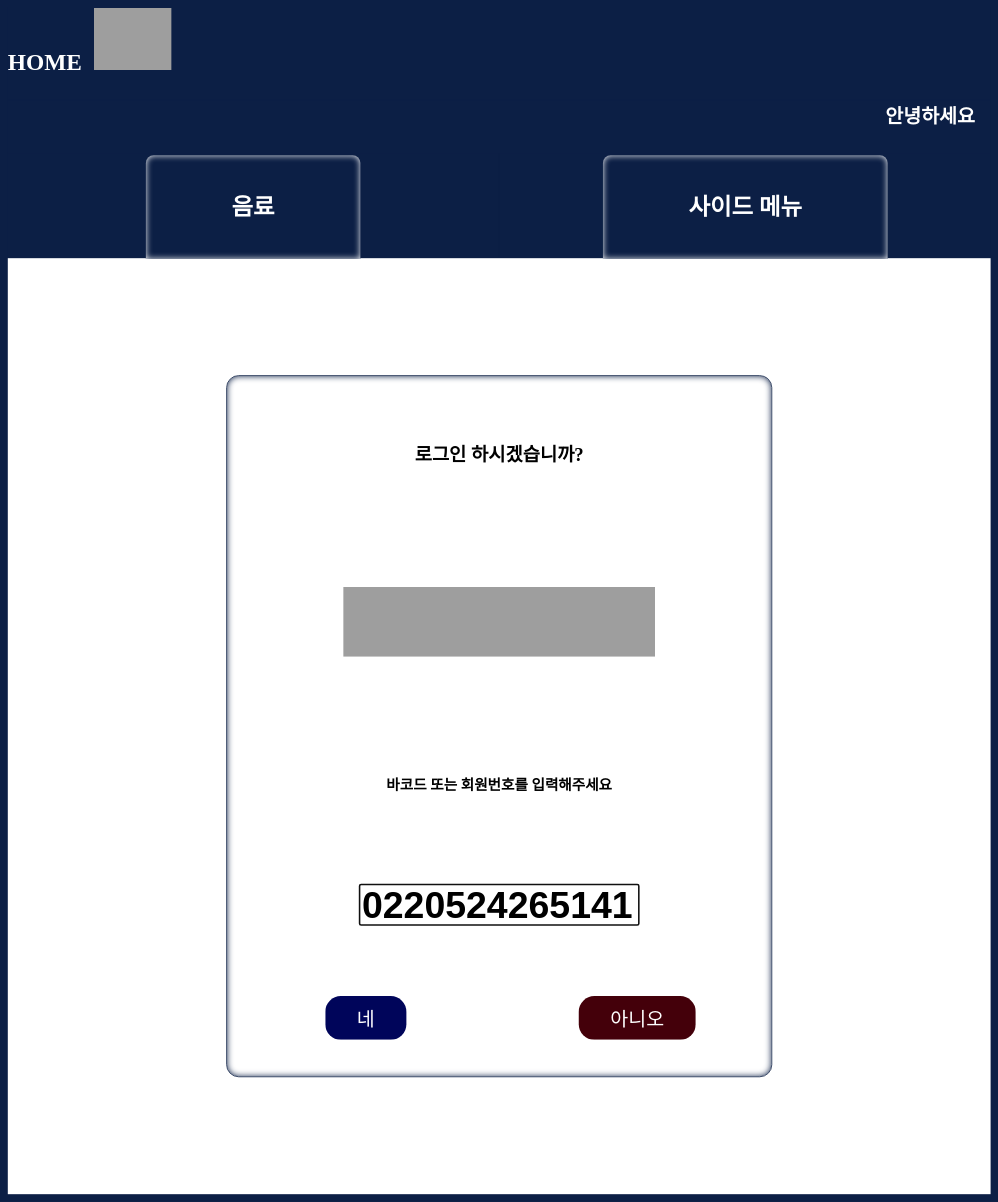
Repository: DevJoeYC/Metabukcs
Page: http://localhost/metabucks/KIOSK/login.jsp
An editor plug-in stored every save of this project. The page is shown before and after the next save, followed by the edit.
The browser window is 1280 px wide. The pictures show the whole page, at 78% of full size.
Pictures or frames that could not be fetched are drawn as grey boxes. The page is served by Tomcat 9. Other server files are loaded and not shown.

Above is the page before, as saved 2022-05-27 05:43:33.

### metabucks/WebContent/KIOSK/login.jsp
<%@ page language="java" contentType="text/html; charset=UTF-8"
    pageEncoding="UTF-8"%>
<%@ include file="includes/head.jsp" %>
<script>
	window.onload = function()
	{
		$("#usernum").focus();
	}

	function DoLogin()
	{
		if($("#usernum").val() == "" || $("#usernum").val() == null)

		{
			alert("회원번호를 입력하세요.");
			$("#usernum").focus();
			return;
		}

		//로그인 처리
		$.ajax({
			type : "post",
			url: "loginok.jsp",
			dataType: "html",
			data:
			{
				usernum: $("#usernum").val()
		    },
			success : function(data)
			{
				data = data.trim();
				if(data == "OK")
				{
					document.location = "drinkmenu.jsp";
				}else
				{
					alert("회원번호가 일치하지 않습니다.");
				}
			}
		});
	}
</script>
<!-- ==================================================================================================================== -->
<tr>
	<td style="background-color:white;padding:150px 0px 150px 0px" colspan=3>
		<form name="login" method="post" action="loginok.jsp" onsubmit="javascript:return false;">
		<table id="login" border="0" height="900" width="700" style="margin : auto; text-align:center">
			<tr>
				<td colspan="2"><h2>로그인 하시겠습니까?</h2></td>
			</tr>
			<tr>
				<td colspan="2"><img src="images/barcode.png" width="400" height="90"></td>
			</tr>
			<tr>
				<td colspan=2><h3>바코드 또는 회원번호를 입력해주세요</h3></td>
			</tr>

			<tr>
				<td colspan=2><input type="text"
									 id="usernum"
									 name="usernum"
									 style="width: 22rem; height:3rem;font-size:3rem;font-weight:bold"
									 value="0220524265141">
				</td>
			</tr>

			<tr>
				<td width="350px"><a id="yes" href="javascript:DoLogin();">네</a></td>
				<td><span><a id="no" href="drinkmenu.jsp">아니오</a></span></td>
			</tr>
		</table>
		</form>
	</td>
<!-- ==================================================================================================================== -->
<%@ include file="includes/tail.jsp" %>

### metabucks/WebContent/KIOSK/includes/head.jsp
<%@ page language="java" contentType="text/html; charset=UTF-8"
    pageEncoding="UTF-8"%>
<%@ page import="meta.dto.*" %>
<%@ page import="meta.vo.*" %>
<!DOCTYPE html>

<%
	//session.setMaxInactiveInterval(60*1); //1분후 세션만료(아무 움직임 없을시)
	String id = "";
	accountVO user  = (accountVO) session.getAttribute("accountVO");
	if(user != null)
	{
		id = user.id();
	}
%>
<html>
	<head>

		<title>메타벅스</title>
		<link rel="stylesheet" href="css/kiosk.css"/>
		<script src="js/jquery-3.6.0.js"></script>
	</head>
	<style>

    	</style>
	<body>
		<table border=0  style="width:100%;">
			<tr>
				<td id="bar" colspan="2" style="text-align:left;padding:0px 0px 30px 0px"><a style="color: white;text-decoration:none;" href="index.jsp">HOME &nbsp;<img src="images/CoffeeLogo.png" height="80px" width="100px"></a></td>
			</tr>
			<tr>
				<td id="bar" colspan="2" style="text-align:right; width:100px; height:30px; font-size:25px; padding:0px 20px 30px 0px">
					<%
						if(id == null || id.equals(""))
						{
							%>
								안녕하세요
							<%
						}else
						{
							%>
							( <%= user.name() %> )님 환영합니다 &nbsp;&nbsp;&nbsp;<a id="mypagebtn" href="mypage.jsp">마이페이지</a></td>
							<%
						}
					%>
				</td>
			</tr>
			<tr>
				<td id="bar"  height="130px" width="100px" style="text-align:center"><a id="menu" style="color: white" href="drinkmenu.jsp">음료</a></td>
				<td id="bar" width="130px" style="text-align:center"><a id="menu" style="color: white" href="sidemenu.jsp">사이드 메뉴</a></td>
			</tr>

### metabucks/WebContent/KIOSK/includes/tail.jsp
<%@ page language="java" contentType="text/html; charset=UTF-8"
    pageEncoding="UTF-8"%>
</tr>
		</table>
	</body>
	</html>

### metabucks/WebContent/KIOSK/css/kiosk.css
@charset "UTF-8";

	#indexbar
	{
		font-size:30px
	}
	#abtn
	{
		text-decoration: none;
		background-color: #0C1F45;
		border:dotted;
		color: maroon;
		padding:80px 300px 80px 300px ;
		text-align: center;
		display: inline-block;
		border-radius: 20px 20px 20px 20px;
	}
	#abtn:hover, #abtn:active
	{
		background-color: #471214;
	}

	body
	{
		background-color:#0C1F45;
	}

	#login
	{
		background-color:white;
		border:1px solid #0C1F45;
		border-radius:16px;
		box-shadow:inset 0 0 8px #0C1F45;
	}
	#bar
	{
		background-color:#0C1F45;
		color:white;
		font-size:30px;
		font-weight:bold;
	}
	#menu
	{
		background-color: #0C1F45;
		text-decoration: none;
		padding: 50px 110px;
		border-radius: 10px 10px 0px 0px;
		box-shadow:inset 0 0 8px white;
		font-weight:bold;
	}
	#menu:hover
	{
		background-color: #471214;
	}
	#yes
	{
		text-decoration: none;
		background-color: #00055A;
		color: white;
		padding: 10px 40px;
		text-align: center;
		display: inline-block;
		border-radius: 20px 20px 20px 20px;
		font-size:25px;
	}
	#no
	{
		text-decoration: none;
		background-color: #44000A;
		color: white;
		padding: 10px 40px;
		text-align: center;
		display: inline-block;
		border-radius: 20px 20px 20px 20px;
		font-size:25px;
	}

	#optbtn
	{
		background-Color:#0C1F45;
		font:12px;
		font-weight:bold;
		color:white;
		border-radius: 10px 10px 10px 10px;
		font-size:20px;
	}
	#optbtn:hover
	{
		background-Color:#085820;
	}
	#optbtn:visited
	{
		background-Color:#085820;
	}
	#mypagebtn
	{
		text-decoration: none;
		background-color: white;
		color:black;
		padding: 10px 20px;
		display: inline-block;
		border-radius: 20px 20px 20px 20px;
		font-weight:bold;
		font-size:15px
	}

	#orderbtn
	{
		text-decoration: none;
		background-color: white;
		color: black;
		padding: 30px 190px;
		display: inline-block;
		border-radius: 10px 10px 10px 10px;;
		font-weight:bold;
		font-size:30px
	}
	#cancelbtn
	{
		text-decoration: none;
		background-color: #660010;
		color: white;
		padding: 60px 100px;
		display: inline-block;
		border-radius: 10px 10px 10px 10px;;
		font-weight:bold;
		font-size:30px;
	}

Loaded but not shown: metabucks/WebContent/KIOSK/js/jquery-3.6.0.js (library)

After the next save:
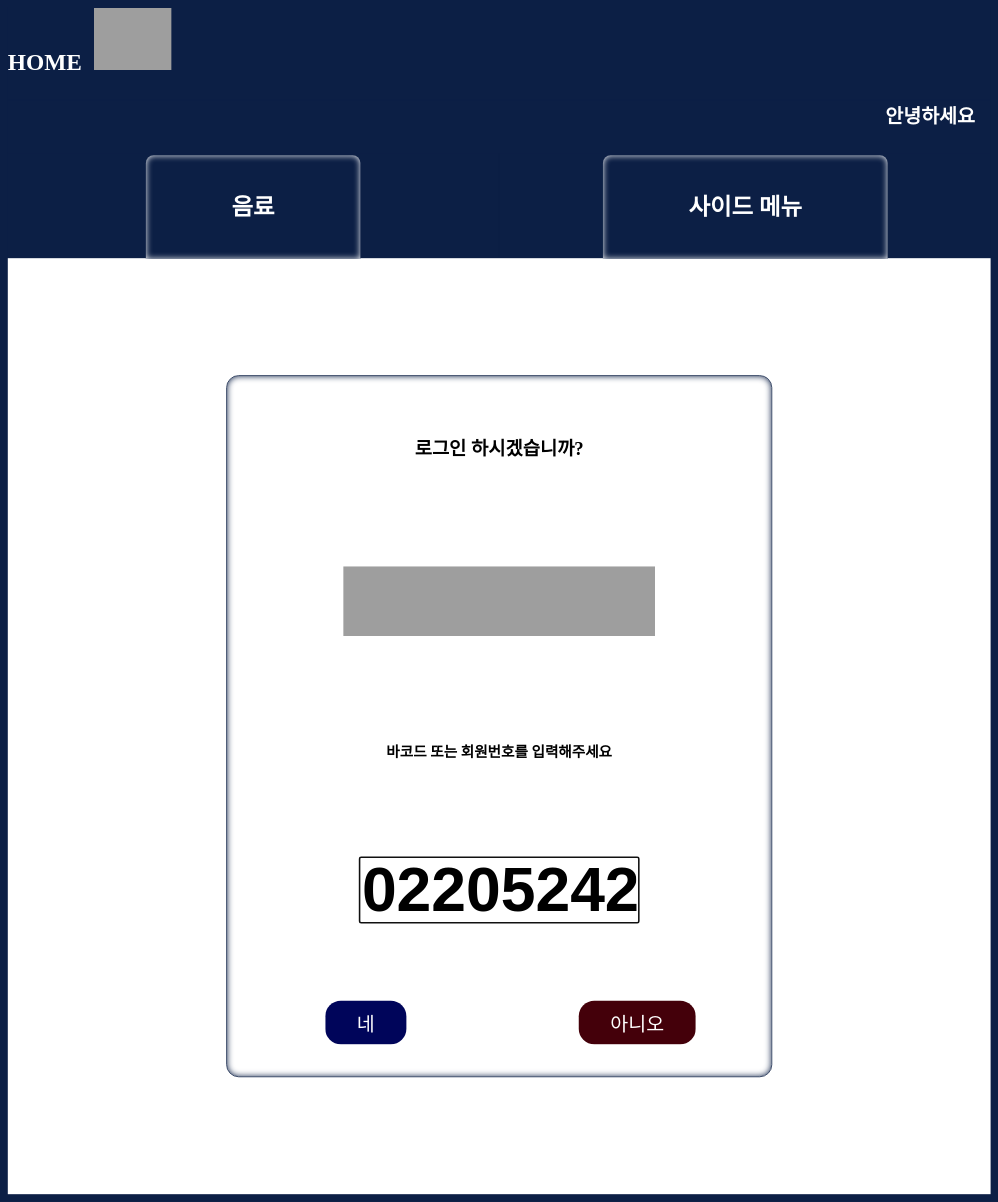
Saved 112 s later.
--- a/metabucks/WebContent/KIOSK/login.jsp
+++ b/metabucks/WebContent/KIOSK/login.jsp
@@ -59,7 +59,7 @@
 				<td colspan=2><input type="text"
 									 id="usernum"
 									 name="usernum"
-									 style="width: 22rem; height:3rem;font-size:3rem;font-weight:bold"
+									 style="width: 22rem; height: 5rem;font-size: 5rem;font-weight:bold"
 									 value="0220524265141">
 				</td>
 			</tr>
